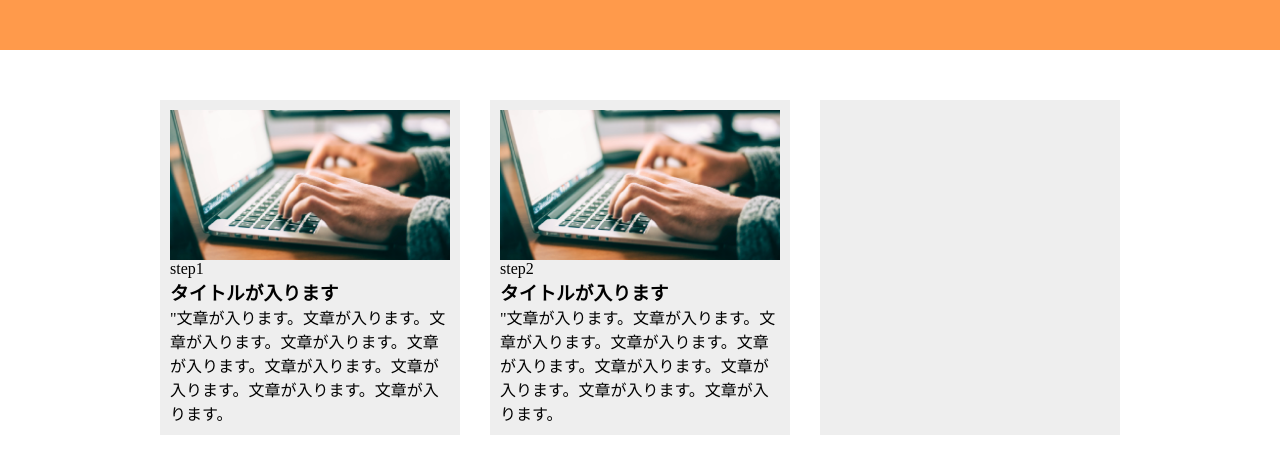
Repository: Yuya0829/HTML
Page: exercise/exercise9.html
The author's editor kept a record of every edit. The page is drawn from the files as they stood at one moment, then again after the next edit.
The browser window is 1280 px wide. The pictures show the whole page.

Above is the page before.

After the next edit:
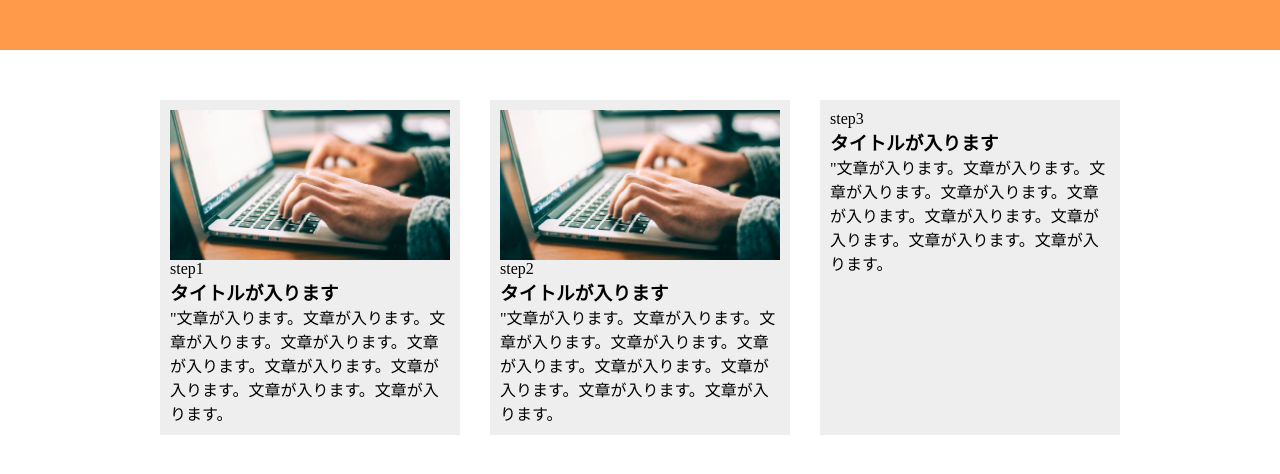
The edit:
--- a/exercise/exercise9.html
+++ b/exercise/exercise9.html
@@ -25,7 +25,14 @@
           "文章が入ります。文章が入ります。文章が入ります。文章が入ります。文章が入ります。文章が入ります。文章が入ります。文章が入ります。文章が入ります。
         </p>
       </div>
-      <div class="step-box"></div>
+      <div class="step-box">
+        <div class="step-img3"></div>
+        <span class="step-num">step3</span>
+        <h3 class="title">タイトルが入ります</h3>
+        <p class="text">
+          "文章が入ります。文章が入ります。文章が入ります。文章が入ります。文章が入ります。文章が入ります。文章が入ります。文章が入ります。文章が入ります。
+        </p>
+      </div>
     </main>
 
   </body>
